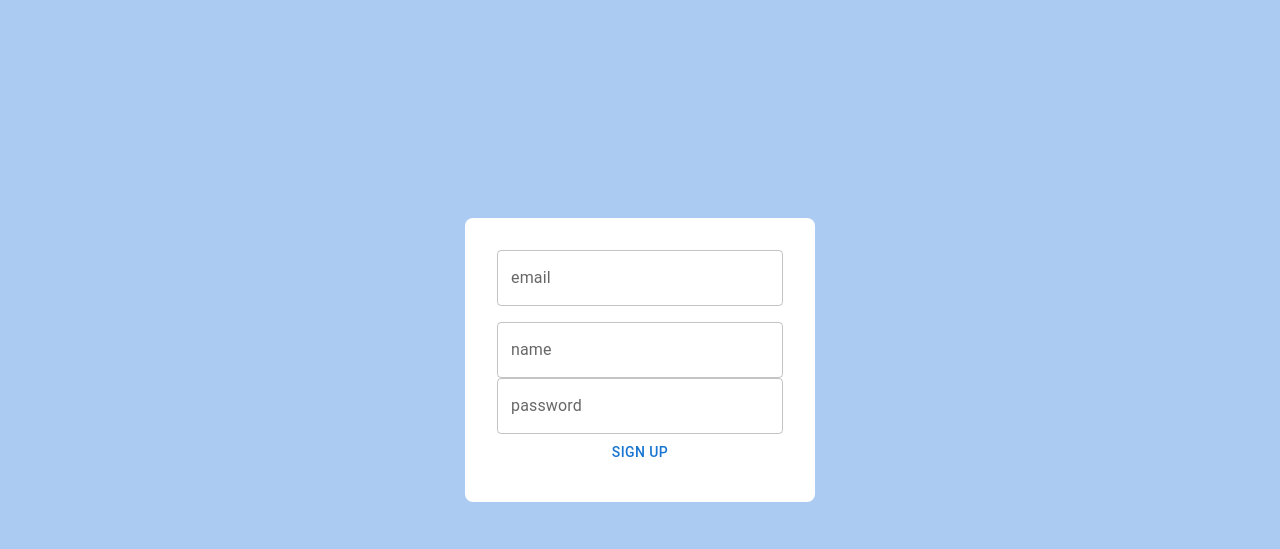
Repository: Ellisvelandia/react_form_jest
Page: /
An editor plug-in stored every save of this project. The page is shown before and after the next save, followed by the edit.
The browser window is 1280 px wide. The pictures show the whole page.
The project was rebuilt for these pictures with package versions that can differ from the ones it lists, and the page was loaded fresh each time.

Above is the page before, as saved 2022-08-17 21:48:02.

### src/index.css
* {
  margin: 0;
  padding: 0;
  box-sizing: border-box;
}

.MaterialForm {
  display: flex;
  flex-direction: column;
  align-items: center;
  justify-content: center;
  width: 100vw;
  height: 100vh;
  background-color: rgba(144, 186, 238, 0.75);
}

.MaterialForm > form {
  display: flex;
  flex-direction: column;
  background-color: white;
  padding: 32px;
  min-width: 350px;
  border-radius: 8px;
  margin: 32px;
}

### src/App.js
import './App.css';
import  MaterialForm from "./component/material-form";

function App() {
  return (
    <div className="App">
     <MaterialForm/>
    </div>
  );
}

export default App;

### src/component/material-form.js
import { Button, Box, TextField } from '@mui/material'
import { Field, Form, Formik } from 'formik'
import { object, String } from 'yup'

const MaterialForm = () => {
  return (
    <div className='MaterialForm'>
      <Formik>
        {() => (
          <Form>
            <Field
              name='email'
              type='email'
              as={TextField}
              variant='outlined'
              color='primary'
              label='email'
              fullwidth
            />
            <Box height={16} />

            <Field
              name='name'
              type='name'
              as={TextField}
              variant='outlined'
              color='primary'
              label='name'
              fullwidth
            />

            <Field
              name='password'
              type='password'
              as={TextField}
              variant='outlined'
              color='primary'
              label='password'
              fullwidth
            />

            <Button>Sign up</Button>
          </Form>
        )}
      </Formik>
    </div>
  )
}

export default MaterialForm

Loaded but not shown: public/index.html (common file); src/index.js (common file); src/reportWebVitals.js (common file); src/App.css (no stored copy; drawn as an empty file)

After the next save:
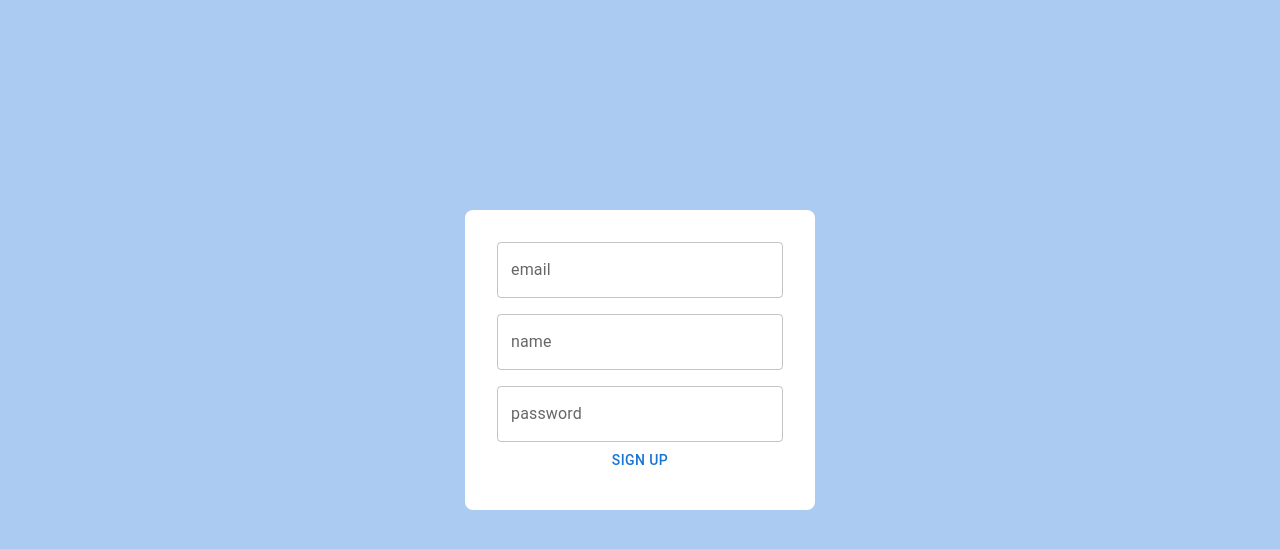
Saved 2 min 19 s later.
--- a/src/component/material-form.js
+++ b/src/component/material-form.js
@@ -28,6 +28,7 @@ const MaterialForm = () => {
               label='name'
               fullwidth
             />
+            <Box height={16} />
 
             <Field
               name='password'
